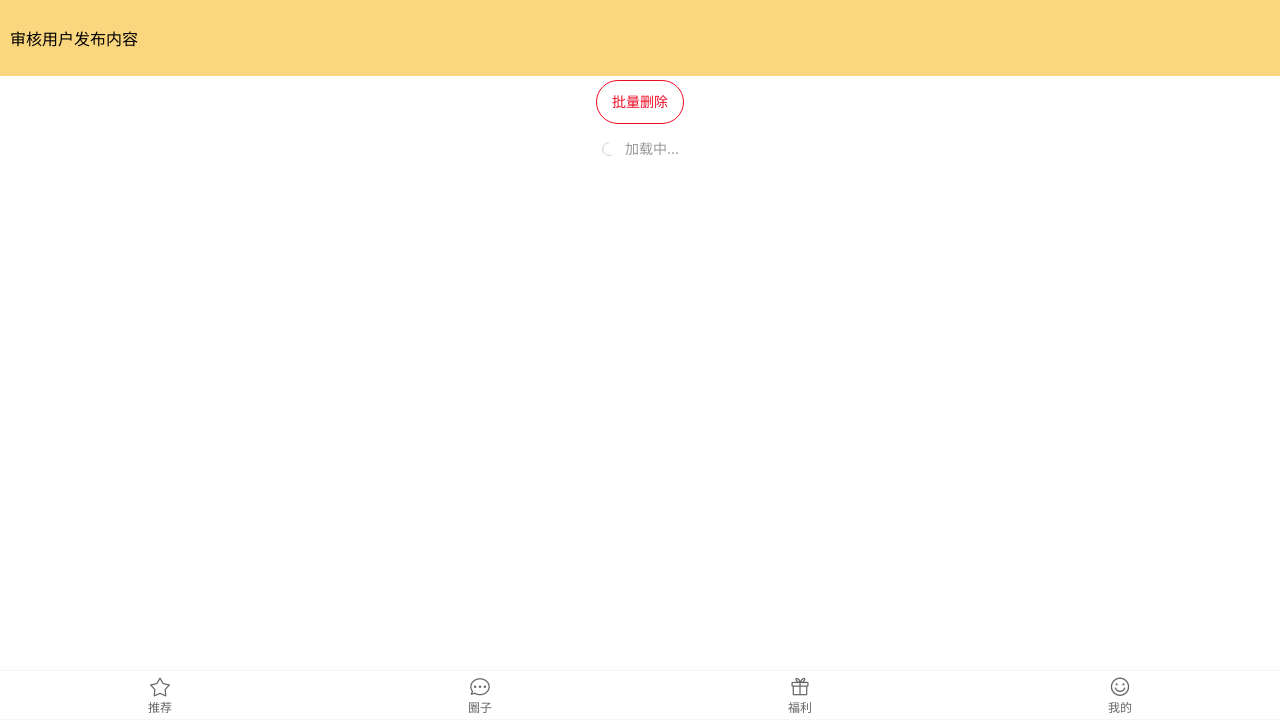
Repository: pbw-langwang/dm
Page: /#/Yhfabu (app in dm_vue/)
An editor plug-in stored every save of this project. The page is shown before and after the next save, followed by the edit.
The browser window is 1280 px wide. The pictures show the whole page.
The page's requests for data from a server got no answer. The project was rebuilt for these pictures with package versions that can differ from the ones it lists, and the page was loaded fresh each time. No one was signed in, and anything a server would have sent is missing. Also part of the build but not shown: dm_vue/src/components/HelloWorld.vue, dm_vue/src/components/video.vue, dm_vue/src/components/setting.vue, dm_vue/src/components/gift.vue, dm_vue/src/components/Regist.vue, dm_vue/src/components/history.vue, dm_vue/src/components/Search.vue, dm_vue/src/components/SearchList.vue and 4 more.

Above is the page before, as saved 2021-06-22 20:54:50.

### dm_vue/index.html
<!DOCTYPE html>
<html>
  <head>
    <meta charset="utf-8">
    <meta name="viewport" content="width=device-width,initial-scale=1.0">
    <title>toutiao</title>
  </head>
  <body>
    <div id="app"></div>
    <!-- built files will be auto injected -->
  </body>
</html>

### dm_vue/src/main.js
// The Vue build version to load with the `import` command
// (runtime-only or standalone) has been set in webpack.base.conf with an alias.
import Vue from 'vue'
import App from './App'
import router from './router'
import Vant from 'vant'
import 'vant/lib/index.css'
import axios from 'axios'
import VueAxios from 'vue-axios'

Vue.use(VueAxios, axios)
Vue.use(Vant);

axios.defaults.baseURL = 'http://localhost:8080/dm/';
axios.defaults.withCredentials = true;

Vue.config.productionTip = false

Vue.filter("dateFormat", function (dateStr, pattern = "") {
    var dt = new Date(dateStr);
    var y = dt.getFullYear();
    var m = dt.getMonth() + 1;
    var d = dt.getDate();
    if (pattern.toLowerCase() == "yyyy-mm-dd") {
        return `${y}年${m}月${d}日`
    } else {
        var hh = dt.getHours();
        var mm = dt.getMinutes();
        var ss = dt.getSeconds();
        return `${y}年${m}月${d}日 ${hh}:${mm}:${ss}`
    }
})

/* eslint-disable no-new */
new Vue({
    el: '#app',
    router,
    components: { App },
    template: '<App/>'
})

### dm_vue/src/App.vue
<template>
  <div id="app">
    <router-view />

    <van-tabbar v-model="active" route>
      <van-tabbar-item name="home" to="/" icon="star-o">推荐</van-tabbar-item>
      <van-tabbar-item name="search" to="/video" icon="chat-o"
        >圈子</van-tabbar-item
      >
      <van-tabbar-item name="search" to="/gift" icon="point-gift-o"
        >福利</van-tabbar-item
      >
      <van-tabbar-item name="setting" to="/setting" icon="smile-o"
        >我的</van-tabbar-item
      >
    </van-tabbar>
  </div>
</template>

<script>
export default {
  name: "App",
  data() {
    return {
      active: "home",
    };
  },
};
</script>

### dm_vue/src/router/index.js
import Vue from 'vue'
import Router from 'vue-router'
import HelloWorld from '@/components/HelloWorld'
import video from '@/components/video'
import setting from '@/components/setting'
import Gift from '@/components/gift'
import Regist from '@/components/Regist'
import History from "@/components/history"
import Search from "@/components/Search"
import SearchList from "@/components/SearchList"
import Postdetail from "@/components/Postdetail"
import Authord from "@/components/Authord"
import fabu from "@/components/fabu"
import FabuPost from "@/components/FabuPost"
import Yhfabu from "@/components/Yhfabu"

Vue.use(Router)

export default new Router({
    routes: [{
            path: '/',
            name: 'HelloWorld',
            component: HelloWorld
        },
        {
            path: '/video',
            name: 'Video',
            component: video
        },
        {
            path: '/setting',
            name: 'setting',
            component: setting
        },
        {
            path: "/gift",
            name: "gift",
            component: Gift
        },
        {
            path: "/Regist",
            name: "Regist",
            component: Regist
        }, {
            path: "/History",
            name: "History",
            component: History
        }, {
            path: "/Search",
            name: "Search",
            component: Search
        }, {
            path: "/SearchList/:value",
            name: "SearchList",
            component: SearchList
        }, {
            path: "/Postdetail/:value",
            name: "Postdetail",
            component: Postdetail
        },
        {
            path: "/Authord/:value",
            name: "Authord",
            component: Authord
        },
        {
            path: "/FabuPost",
            name: "FabuPost",
            component: FabuPost
        },
        {
            path: "/fabu",
            name: "fabu",
            component: fabu
        },
        {
            path: "/Yhfabu",
            name: "Yhfabu",
            component: Yhfabu
        }
    ]
})

### dm_vue/src/components/Yhfabu.vue
<template>
  <div>
    <div class="top">
      <p>审核用户发布内容</p>
    </div>

    <div class="btn">
        <van-button type="danger" round plain @click="batchDel">批量删除</van-button>
    </div>

    <van-pull-refresh v-model="refreshing" @refresh="onRefresh">
        <van-list
          v-model="loading"
          :finished="finished"
          finished-text="没有更多了"
          @load="onLoad"
        >
        <van-checkbox-group v-model="result">
            <van-cell v-for="(item,index) in list" :key="item.postid" @click="toggle(index)">
                <template #right-icon>
                    <van-checkbox :name="item" ref="checkboxes"/>
                </template>
                <van-swipe-cell>
                    <van-card
                        @click="gotopostdetail(item.postid)"
                        :title="item.postcontent"
                        :thumb="picIp+item.postimg"
                        :tag="item.postgood == 1 ? '':'待审核'"
                    />
                    <template #right>
                        <van-button square text="删除" type="danger" class="delete-button" @click="del(item.postid)"></van-button>
                    </template>
                </van-swipe-cell>
            </van-cell>
        </van-checkbox-group>
        </van-list>
    </van-pull-refresh>
  </div>
</template>

<script>
export default {
  name:"Yhfabu",
  data(){
      return {
          picIp:"http://localhost:8080/pic/",
          pageIndex:1,
          list:[],
          userimg:localStorage.getItem("userImg"),
          username:localStorage.getItem("username"),
          loading:false,
          finished:false,
          refreshing:false,
          result:[],
      }
  },
  methods:{
    gotopostdetail(postId){
      this.$router.push("Postdetail/"+postId);
    },

    gotofabupost(){
      this.$router.push("FabuPost");
    },

    toggle(index){
      this.$refs.checkboxes[index].toggle();
    },

    onLoad(){
      if(this.refreshing){
        this.list=[];
        this.refreshing=false;
      }
      this.axios.get("userpost/getByid?current="+this.pageIndex+"&size=3&username="+localStorage.getItem("username")).then((response)=>{
        this.list=this.list.concat(response.data.records);
        this.loading=false;
        if(this.pageIndex>=response.data.pages){
            this.finished=true;
        }
        this.pageIndex++;
      })
    },

    onRefresh(){
        this.finished=false;
        this.pageIndex=1;
        this.loading=true;
        this.onLoad();
    },

    del(postid){
      this.axios.get("userpost/del?postid="+postid).then(res=>{
        console.log(res);
        this.refreshing=true;
        this.onRefresh();
      })
    },

    batchDel(){
      let delIds = [];
      this.result.forEach(item=>{
        delIds.push(item.postid);
      });
      this.axios.post("userpost/batchDel",{"delIds":delIds}).then(res=>{
        console.log(res);
        this.refreshing = true;
        this.onRefresh();
      });
    },
  }
}
</script>

<style scoped>
.top{
  z-index: 10000;
  width: 100%;
  display: flex;
  align-items: center;
  padding: 10px;
  position: fixed;
  top: 0;
  background-color: rgb(250,214,126);
}


.btn{
  text-align: center;
  margin-top: 80px;
}
.delete-button{
  height: 100%;
}

.contentList{
  border-bottom: #999 solid 5px;
}

.van-pull-refresh{
  padding-bottom: 50px;
}
.van-card__thumb{
  height: 50px;
}
.van-card__content{
  min-height: 50px;
}
</style>

After the next save:
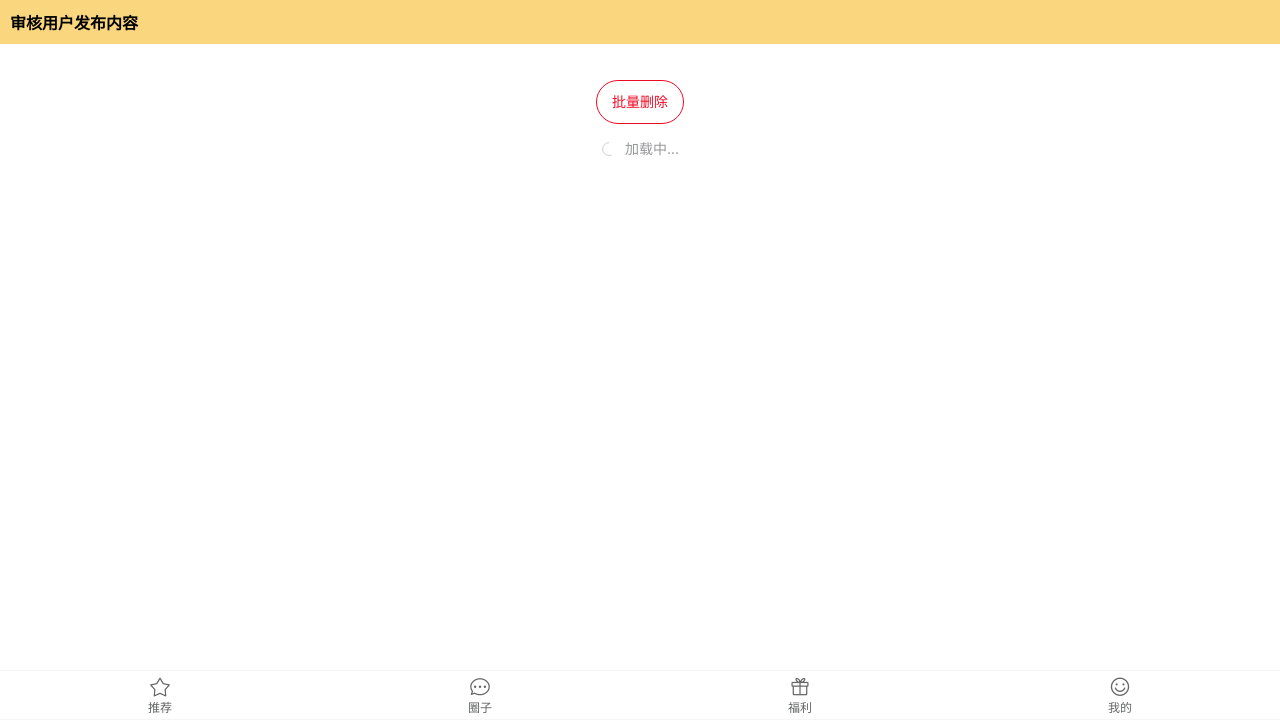
Saved 25 s later.
--- a/dm_vue/src/components/Yhfabu.vue
+++ b/dm_vue/src/components/Yhfabu.vue
@@ -1,7 +1,7 @@
 <template>
   <div>
     <div class="top">
-      <p>审核用户发布内容</p>
+      <h4 style="margin:0">审核用户发布内容</h4>
     </div>
 
     <div class="btn">
